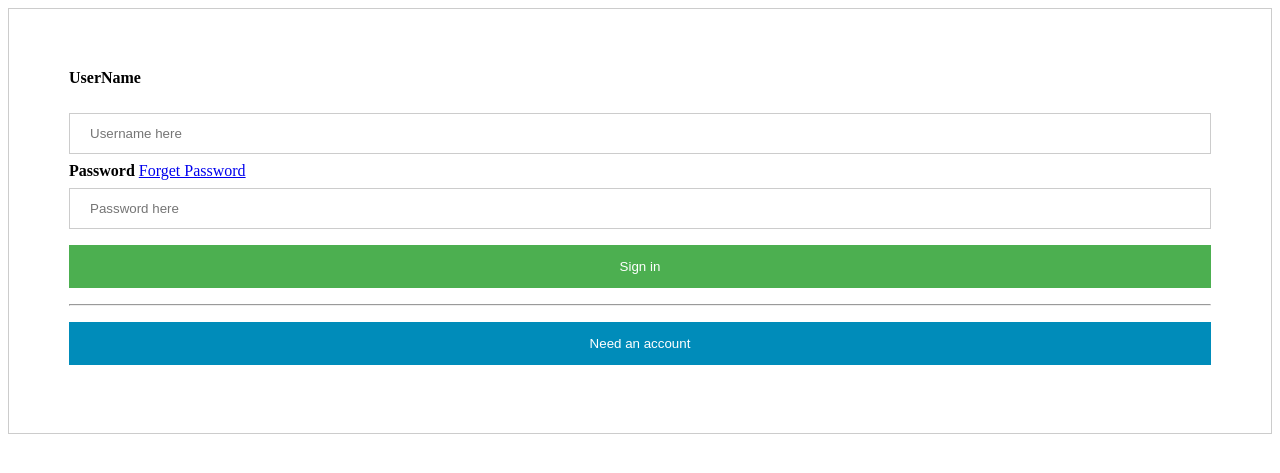
Repository: hamshini/demopro
Page: wippro/Application/WebContent/signin.html
These files come from the project's save history. The page is drawn as it stood at one moment and after the next save; the edit follows.
The browser window is 1280 px wide. The pictures show the whole page.

Above is the page before, as saved 2018-01-06 06:16:20.

### wippro/Application/WebContent/signin.html
<!DOCTYPE html>
<html>
<head>
<meta charset="ISO-8859-1">
<title>SignIn</title>
</head>
<style>
input[type=text], input[type=password] {
    width: 100%;
    padding: 12px 20px;
    margin: 8px 0;
    display: inline-block;
    border: 1px solid #ccc;
    box-sizing: border-box;
}
button {
    background-color: #4CAF50;
    color: white;
    padding: 14px 20px;
    margin: 8px 0;
    border: none;
    cursor: pointer;
    width: 100%;
}

.needacc {
	padding: 14px 20px;
	background-color: #008CBA;
}
.container {
    padding: 60px;
}

.signinbtn {
	padding: 14px 50px;
	background-color: #4CAF50;
}
</style>
<body>
	<form action="/action_page.php" style="border:1px solid #ccc">
	 <div class="container">
		<div class="form-group">
			<label><b>UserName</b></label><br>
			<br>
			<input type="text"
				placeholder="Username here" class="form-control" name="user"
				required><br>

				 <label><b>Password</b></label>
				 <a href="forgetpass.html">Forget Password</a>
				<br>
			<input type="password" placeholder="Password here" class="form-control"
				name="pwd" required> <br>
		</div>
		<div class="clearfix">
			<button type="button" class="signinbtn">Sign in</button>

		</div>
		<hr>
		<div class="clearfix">
			<button type="button" class="needacc">Need an account</button>

		</div>
		</div>
	</form>
</body>
</html>

After the next save:
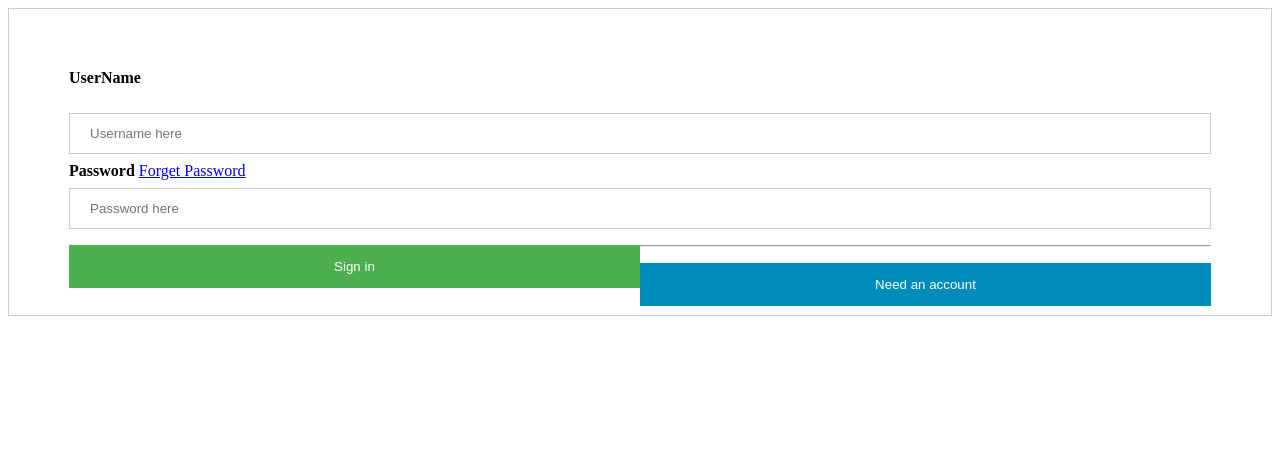
Saved 41 s later.
--- a/wippro/Application/WebContent/signin.html
+++ b/wippro/Application/WebContent/signin.html
@@ -30,7 +30,10 @@ button {
 .container {
     padding: 60px;
 }
-
+.needacc,.signinbtn {
+    float: left;
+    width: 50%;
+}
 .signinbtn {
 	padding: 14px 50px;
 	background-color: #4CAF50;
